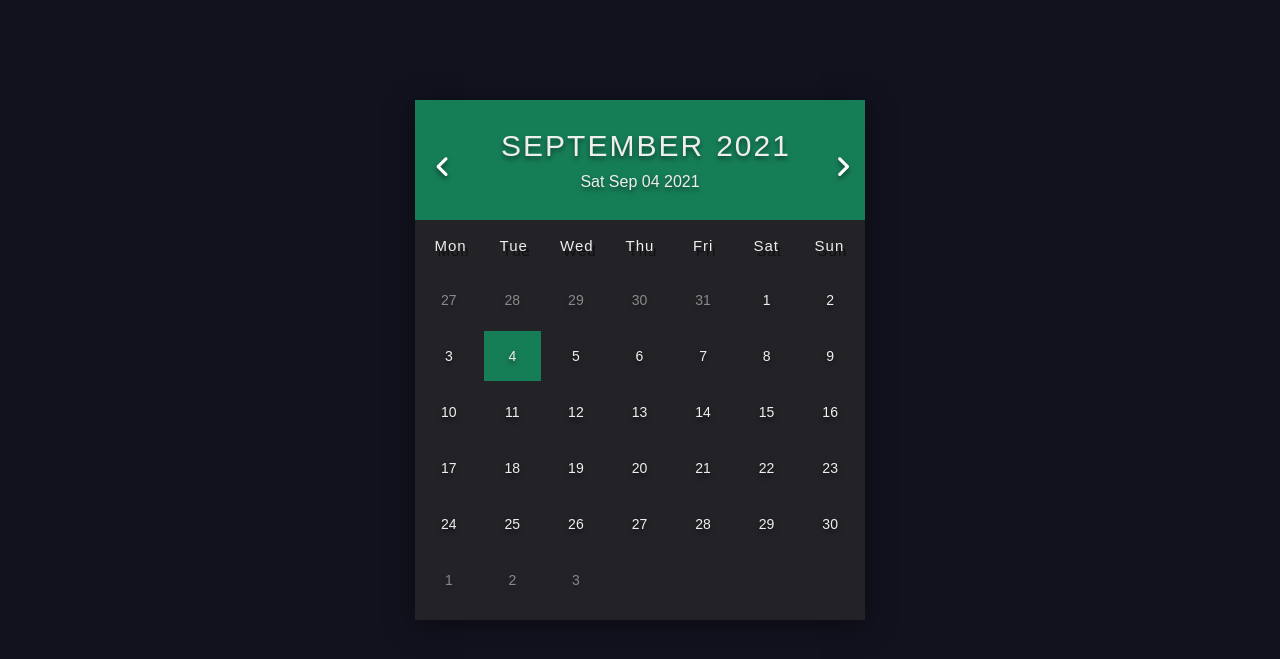
Repository: dboinska/calendar
Page: index.html
These files come from the project's save history. The page is drawn as it stood at one moment and after the next save; the edit follows.
The browser window is 1280 px wide. The pictures show the whole page.
Some web libraries are served in a nearby version.

Above is the page before, as saved 2021-09-08 01:12:33.

### index.html
<!DOCTYPE html>
<html lang="en">
  <head>
    <meta charset="UTF-8" />
    <meta http-equiv="X-UA-Compatible" content="IE=edge" />
    <meta name="viewport" content="width=device-width, initial-scale=1.0" />
    <title>Calendar</title>
    <script
      src="https://kit.fontawesome.com/5567926149.js"
      crossorigin="anonymous"
    ></script>
    <link rel="stylesheet" href="style.css" />
  </head>
  <body>
    <div class="container">
      <div class="calendar">
        <div class="month">
          <i class="fas fa-angle-left prev"></i>
          <div class="date">
            <div class="header">
              <h1></h1>
              <h2></h2>
            </div>
            <p class="currentDate"></p>
          </div>
          <i class="fas fa-angle-right next"></i>
        </div>
        <div class="weekdays">
          <div>Mon</div>
          <div>Tue</div>
          <div>Wed</div>
          <div>Thu</div>
          <div>Fri</div>
          <div>Sat</div>
          <div>Sun</div>
        </div>
        <div class="days"></div>
      </div>
    </div>
    <script src="script.js"></script>
  </body>
</html>

### style.css
* {
  margin: 0;
  padding: 0;
  box-sizing: border-box;
  font-family: "Quicksand", sans-serif;
}

html {
  font-size: 62.5%;
}

.container {
  width: 100%;
  height: 100vh;
  background-color: #12121f;
  color: #eee;
  display: flex;
  justify-content: center;
  align-items: center;
}

.calendar {
  width: 45rem;
  height: 52rem;
  background-color: #222227;
  box-shadow: 0 0.5rem 3rem rgba(0, 0, 0, 0.4);
}

.fas {
  height: 10px;
  width: 10px;
  color: white;
}

.month {
  width: 100%;
  height: 12rem;
  background-color: #167e56;
  display: flex;
  justify-content: space-between;
  align-items: center;
  padding: 0 2rem;
  text-align: center;
  text-shadow: 0 0.3rem 0.5rem rgba(0, 0, 0, 0.5);
}

.month i {
  font-size: 2.5rem;
  cursor: pointer;
}

.month h1,
h2 {
  font-size: 3rem;
  font-weight: 400;
  text-transform: uppercase;
  letter-spacing: 0.2rem;
  margin-bottom: 1rem;
  padding-left: 1.2rem;
}

.month p {
  font-size: 1.6rem;
}

.weekdays {
  width: 100%;
  height: 5rem;
  padding: 0 0.4rem;
  display: flex;
  align-items: center;
}

.weekdays div {
  font-size: 1.5rem;
  font-weight: 400;
  letter-spacing: 0.1rem;
  width: calc(44.2rem / 7);
  display: flex;
  justify-content: center;
  align-items: center;
  text-shadow: 0.3rem 0.5rem rgba(0, 0, 0, 0.5);
}

.days {
  width: 100%;
  display: flex;
  flex-wrap: wrap;
  padding: 0.2rem;
}

.days div {
  font-size: 1.4rem;
  margin: 0.3rem;
  width: calc(40.3rem / 7);
  height: 5rem;
  display: flex;
  justify-content: center;
  align-items: center;
  text-shadow: 0 0.3rem 0.5rem rgba(0, 0, 0, 0.5);
  transition: all 0.5s ease;
}

.days div:hover:not(.today) {
  background-color: #777;
  color: black;
  cursor: pointer;
  transition: all 0.5s ease;
}

.prev-date,
.next-date {
  opacity: 0.5;
}

.header {
  display: flex;
}

.clickedDay {
  background-color: #167e56;
}

p.currentDate {
  cursor: pointer;
}

### script.js
// const monthDays = document.querySelector(".days");
const date = new Date();
const renderCalendar = () => {
  const monthDays = document.querySelector(".days");
  const d = new Date(date.getFullYear(), date.getMonth() + 1, 0);
  const lastDay = new Date(
    date.getFullYear(),
    date.getMonth() + 1,
    0
  ).getDate();
  const prevLastDay = new Date(
    date.getFullYear(),
    date.getMonth(),
    0
  ).getDate();
  const firstDayIndex = date.getDay();
  const lastDayIndex = new Date(
    date.getFullYear(),
    date.getMonth() + 1,
    0
  ).getDay();
  const lastDayCurrentIndex = new Date(
    date.getFullYear(),
    date.getMonth(),
    1
  ).getDay();
  console.log({ firstDayIndex });
  console.log({ lastDayIndex });
  console.log({ lastDay });
  console.log({ lastDayCurrentIndex });

  const nextDays = 7 - lastDayIndex - 1;
  const months = [
    "January",
    "February",
    "March",
    "April",
    "May",
    "June",
    "July",
    "August",
    "September",
    "October",
    "November",
    "December",
  ];

  document.querySelector(".date h1").textContent = months[date.getMonth()];
  document.querySelector(".date h2").textContent = date.getFullYear();
  document.querySelector(".date p").textContent = new Date().toDateString();

  // monthDays = "";
  //let days = "";

  monthDays.replaceChildren();
  console.log({ prevLastDay });
  console.log({ firstDayIndex });
  // if (lastDayIndex !== 0) {
  for (let x = firstDayIndex - 1; x > 0; x--) {
    const div = document.createElement("div");
    div.textContent = prevLastDay - x + 1;
    div.className = "prev-date";
    monthDays.appendChild(div);
    //days += `<div class="prev-date">${prevLastDay - x + 1}</div>`;
  }
  //  console.log(firstDayIndex - 1, "nie poniedziałek");
  //}

  for (let i = 1; i < lastDay + 1; i++) {
    if (
      i === new Date().getDate() &&
      date.getMonth() === new Date().getMonth()
    ) {
      const div = document.createElement("div");
      div.textContent = i;
      div.className = "today clickedDay";
      monthDays.appendChild(div);
      //days += `<div class="today">${i}</div>`;
    } else {
      let div = document.createElement("div");
      div.textContent = i;
      monthDays.appendChild(div);
      // days += `<div>${i}</div>`;
    }

    //monthDays.innerHTML = days;
  }
  // console.log(
  //   "next days",
  //   nextDays,
  //   "last day index",
  //   lastDayIndex,
  //   "firstdayindex",
  //   firstDayIndex,
  //   "prevlastday",
  //   prevLastDay,
  //   "d",
  //   d.getDay()
  // );
  //for (let j = 1; j <= nextDays - 1; j++) {

  //if (d.getDay() !== 0) {
  for (let j = 1; j <= 7 - d.getDay(); j++) {
    console.log(d.getDay(), j);
    if (firstDayIndex !== 5) {
      let div = document.createElement("div");
      div.textContent = j;
      div.className = "next-date";
      monthDays.appendChild(div);
    }
    // days += `<div class="next-date">${j}</div>`;
    //monthDays.innerHTML = days;
  }
  //}

  monthDays.addEventListener("click", (event) => {
    //console.log(event.currentTarget, event.target.textContent);

    const today = document.querySelector(".today");
    if (today) {
      today.classList.remove("clickedDay");
    }
    const findClickedDay = [...monthDays.childNodes].find((day) => {
      return day.classList.contains("clickedDay");
    });
    if (
      findClickedDay &&
      !event.target.classList.contains("days") &&
      !event.target.classList.contains("prev-date") &&
      !event.target.classList.contains("next-date")
    ) {
      findClickedDay.classList.remove("clickedDay");
    }

    if (
      !event.target.classList.contains("days") &&
      !event.target.classList.contains("prev-date") &&
      !event.target.classList.contains("next-date")
    ) {
      event.target.classList.add("clickedDay");
    }
  });
  // const days = [...document.querySelectorAll(".days div")];
  // function clickDay(day) {
  //   days.addEventListener("click", () => {
  //     day.classList.add("clickedDay");
  //   });
  // }
  // console.log(days);
};
// date.setDate(1);
// console.log(date.getDay());
// const month = date.getMonth();
// console.log(month);

function backToPrevMonth() {
  date.setMonth(date.getMonth() - 1);
  //console.log("month", date.getMonth());
  renderCalendar();
}

function goToNextMonth() {
  date.setMonth(date.getMonth() + 1);
  //console.log("month", date.getMonth());
  renderCalendar();
}

const prevMonth = document.querySelector(".prev");
const nextMonth = document.querySelector(".next");

prevMonth.addEventListener("click", backToPrevMonth);

document.addEventListener("keydown", function (e) {
  if (e.keyCode == "37") {
    backToPrevMonth();
  }
});

nextMonth.addEventListener("click", goToNextMonth);

document.addEventListener("keydown", function (e) {
  if (e.keyCode == "39") {
    goToNextMonth();
  }
});

const currentDate = document.querySelector(".currentDate");

currentDate.addEventListener("click", (event) => {
  //console.log(" p clicked");
  const today = document.querySelector(".today");
  const monthDays = document.querySelector(".days");

  const findClickedDay = [...monthDays.childNodes].find((day) => {
    return day.classList.contains("clickedDay");
  });
  if (findClickedDay) {
    findClickedDay.classList.remove("clickedDay");
    today.classList.add("clickedDay");
  }
});

renderCalendar();

After the next save:
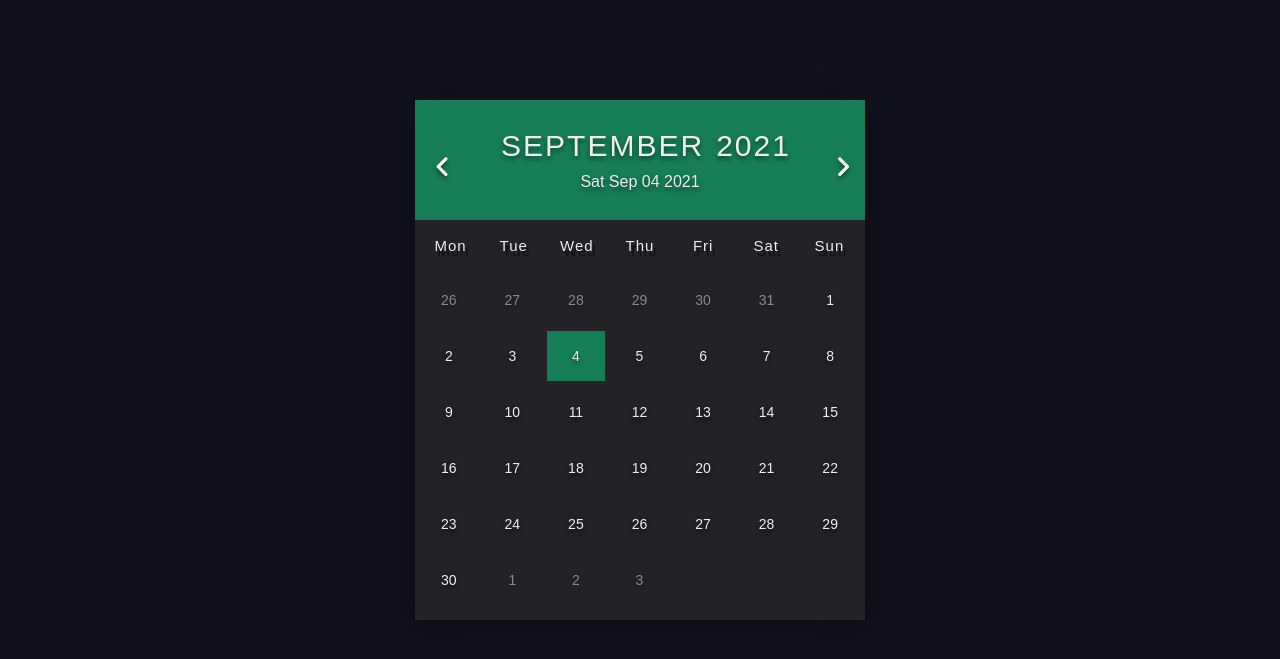
Saved 31 s later.
--- a/script.js
+++ b/script.js
@@ -56,7 +56,7 @@
   console.log({ prevLastDay });
   console.log({ firstDayIndex });
   // if (lastDayIndex !== 0) {
-  for (let x = firstDayIndex - 1; x > 0; x--) {
+  for (let x = firstDayIndex; x > 0; x--) {
     const div = document.createElement("div");
     div.textContent = prevLastDay - x + 1;
     div.className = "prev-date";

After the save that followed:
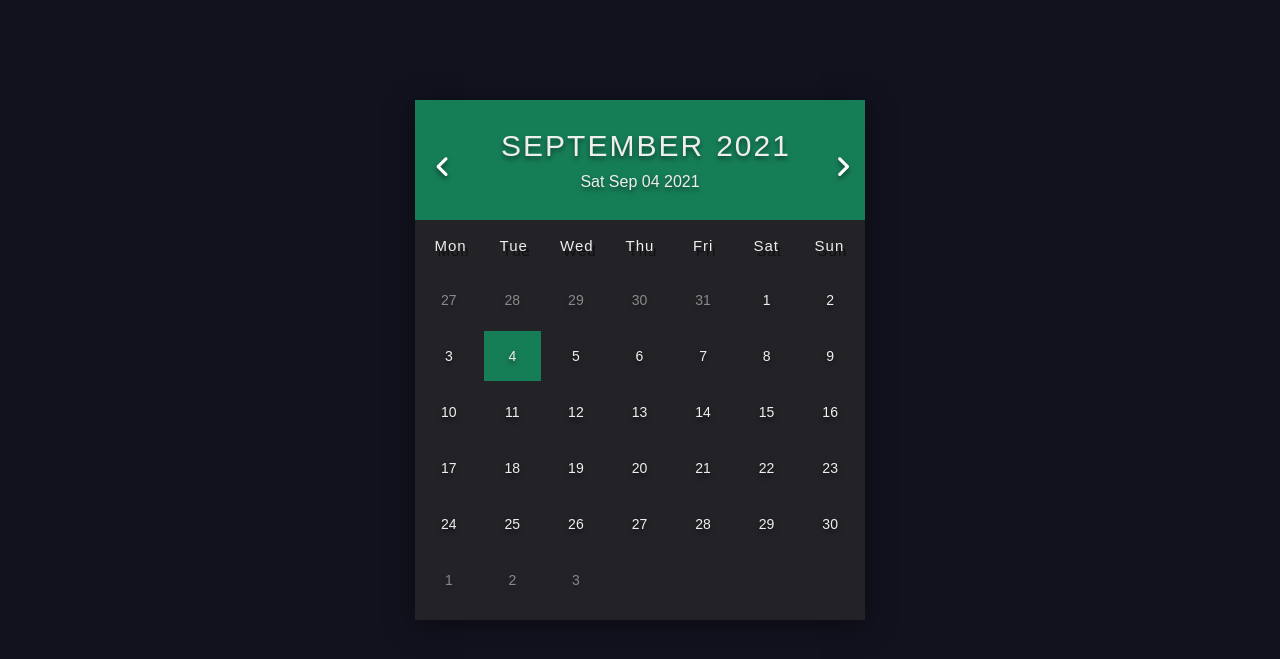
Saved 8 s later.
--- a/script.js
+++ b/script.js
@@ -56,7 +56,7 @@
   console.log({ prevLastDay });
   console.log({ firstDayIndex });
   // if (lastDayIndex !== 0) {
-  for (let x = firstDayIndex; x > 0; x--) {
+  for (let x = firstDayIndex - 1; x > 0; x--) {
     const div = document.createElement("div");
     div.textContent = prevLastDay - x + 1;
     div.className = "prev-date";
